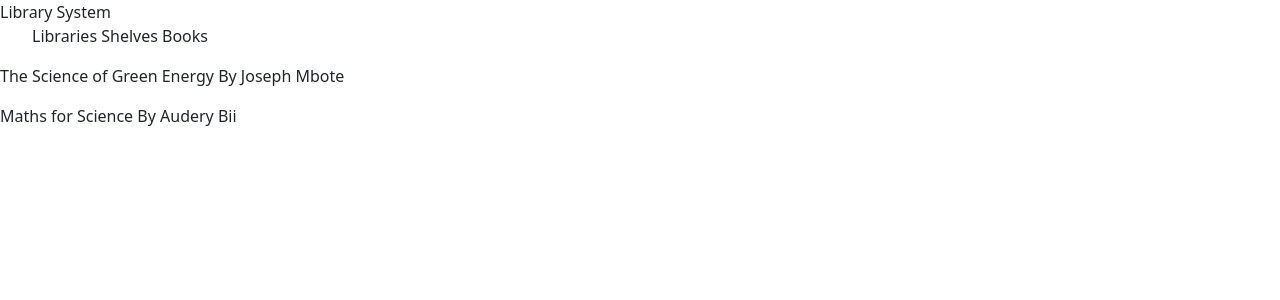
Repository: Mbote-Joseph/Library-Shelves-Books-Managements
Page: http://localhost/book
These files come from the project's save history. The page is drawn as it stood at one moment and after the next save; the edit follows.
The browser window is 1280 px wide. The pictures show the whole page.
The page is served by the project's application, run on Django 5.2 (manage.py). The page reads the database file committed with the project.

Above is the page before, as saved 2025-12-30 18:17:44.

After the next save:
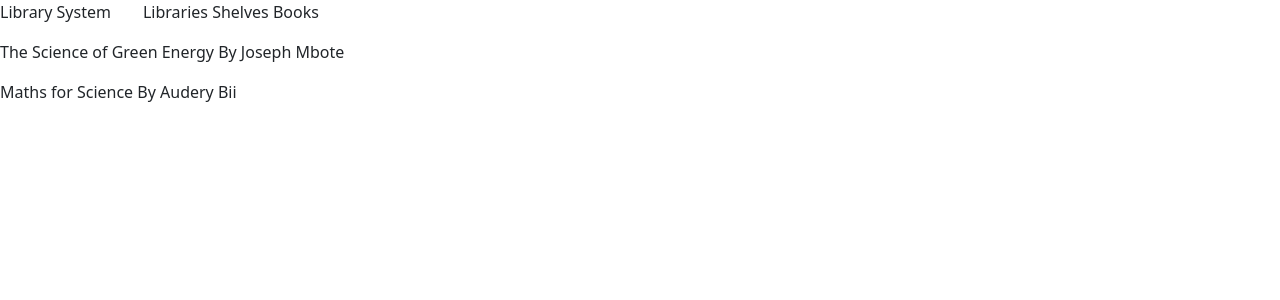
Saved 17 s later.
--- a/static/templates/base.html
+++ b/static/templates/base.html
@@ -13,7 +13,7 @@
     <link rel="stylesheet" type='text/css' href="{% static 'css/styles.css' %}">
   </head>
   <body>
-    <nav>
+    <nav class="nav">
       <span> Library System </span>
       <span>
         <ul>
